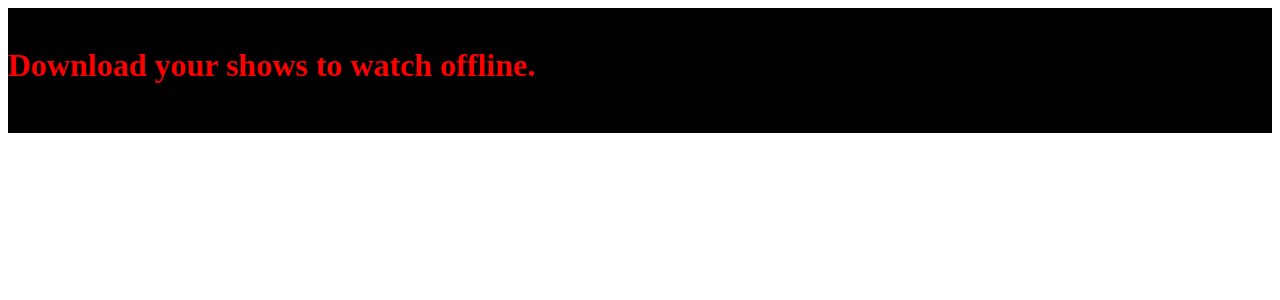
Repository: mgnkgn/netflix-clone
Page: index.html
The author's editor kept a copy of each file at every save. The page is drawn from the files as they stood at one save, then again after the next save.
The browser window is 1280 px wide. The pictures show the whole page.

Above is the page before, as saved 2022-09-20 22:44:20.

### index.html
<!DOCTYPE html>
<html lang="en">
  <head>
    <meta charset="UTF-8" />
    <meta http-equiv="X-UA-Compatible" content="IE=edge" />
    <meta name="viewport" content="width=device-width, initial-scale=1.0" />
    <link rel="stylesheet" href="styles/styles.css" />
    <title>Netflix</title>
  </head>
  <body>
    <!-- Section2 by Adel -->
    <div class="section2">
      <img src="" alt="" />
      <h1>Download your shows to watch offline.</h1>
      <h2>Save your favorites easily and always have something to watch.</h2>
    </div>
  </body>
</html>

### styles/styles.css
/* Section 2  */
.section2 {
  background-color: black;
}
.section2 h1 {
  color: red;
}

After the next save:
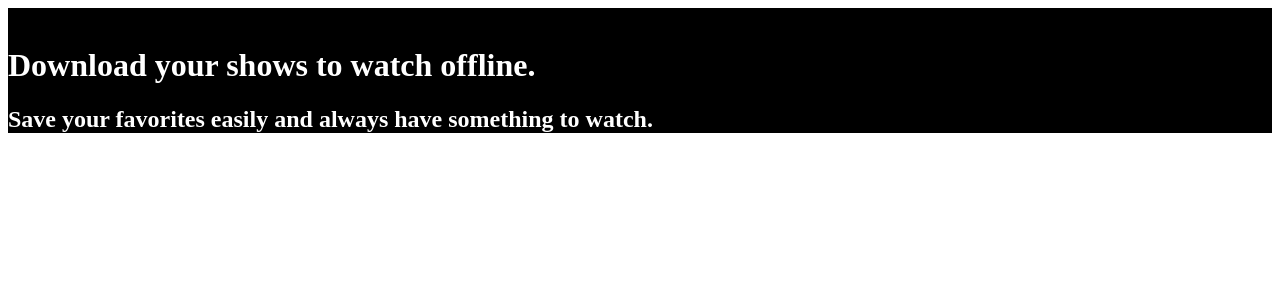
Saved 105 s later.
--- a/styles/styles.css
+++ b/styles/styles.css
@@ -3,5 +3,8 @@
   background-color: black;
 }
 .section2 h1 {
-  color: red;
+  color: white;
 }
+.section2 h2 {
+  color: white;
+}
